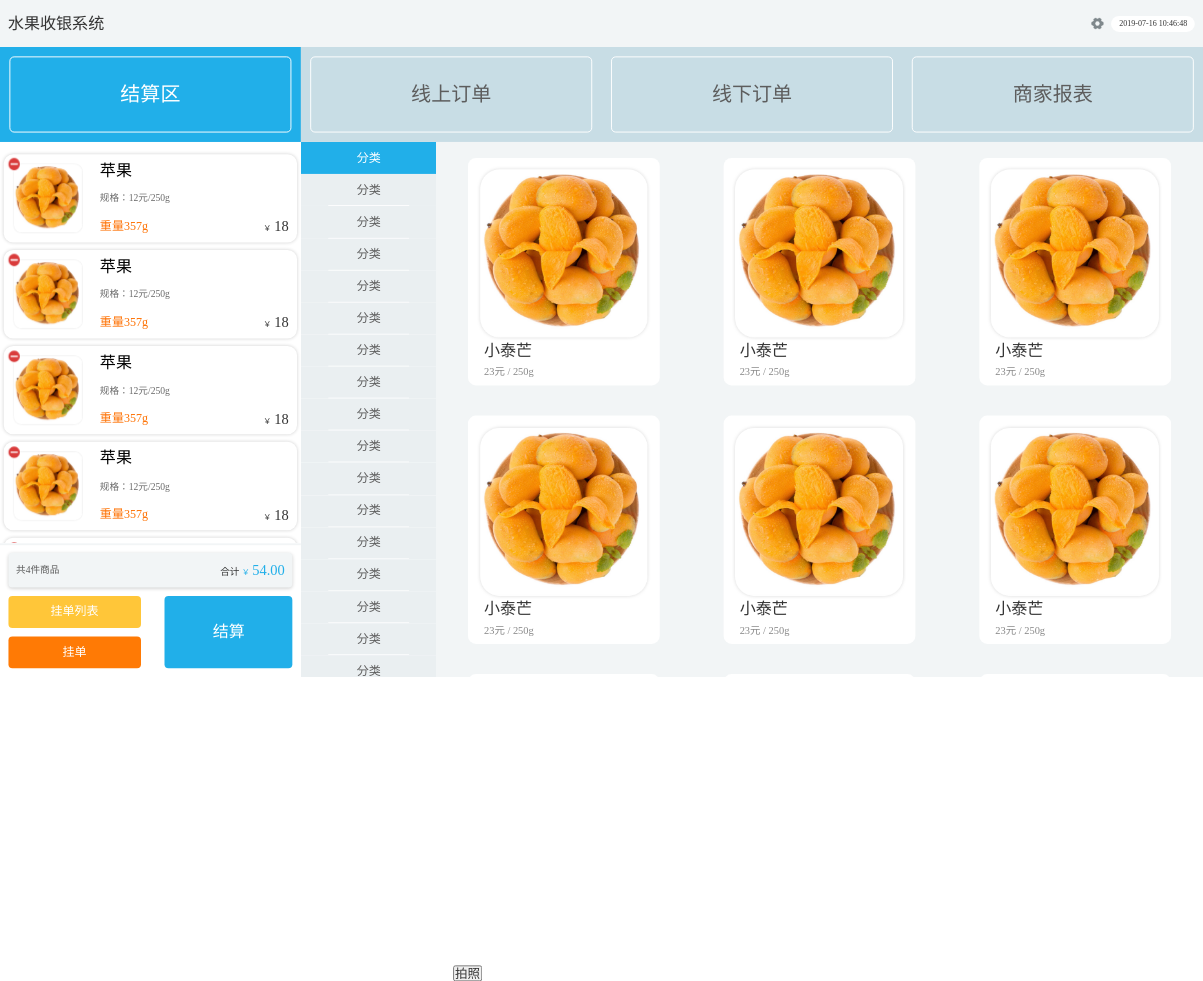
Repository: missing-star/fruit
Page: index.html
The author's editor kept a copy of each file at every save. The page is drawn from the files as they stood at one save, then again after a run of saves.
The browser window is 1280 px wide. The pictures show the whole page, at 94% of full size.
An inner scrolling area shows only its first screen.

Above is the page before, as saved 2019-07-16 10:55:52.

### index.html
<!DOCTYPE html>
<html lang="en">

<head>
    <meta charset="UTF-8">
    <meta name="viewport" content="width=device-width, initial-scale=1.0">
    <meta http-equiv="X-UA-Compatible" content="ie=edge">
    <title>水果收银系统</title>
    <link rel="stylesheet" href="./css/index.css">
</head>

<body>
    <div id="app" v-cloak>
        <header class="title-bar">
            <p class="title">水果收银系统</p>
            <div class="right-part-show">
                <img @click="showDialog(4)" src="./images/setting.png" alt="设置" class="setting-icon">
                <p class="show-current-time">{{currentTime}}</p>
            </div>
        </header>
        <ul class="category-tab">
            <li class="category-item" :class="{active:currentIndex == 0}" @click="switchTab(0)">
                <p class="category-title">结算区</p>
            </li>
            <li class="category-item" :class="{active:currentIndex == 1}" @click="switchTab(1)">
                <p class="category-title">线上订单</p>
            </li>
            <li class="category-item" :class="{active:currentIndex == 2}" @click="switchTab(2)">
                <p class="category-title">线下订单</p>
            </li>
            <li class="category-item" :class="{active:currentIndex == 3}" @click="switchTab(3)">
                <p class="category-title">商家报表</p>
            </li>
        </ul>
        <!-- 结算区 -->
        <div v-show="currentIndex == 0" class="main-content">
            <div class="operation-wrapper">
                <ul class="goods-list-wrapper">
                    <li v-for="n in 10" class="goods-item">
                        <div class="goods-pic-wrapper">
                            <span class="delete-icon pointer"></span>
                            <img src="./images/goods.png" class="goods-pic">
                        </div>
                        <div class="goods-detail">
                            <p class="goods-title">苹果</p>
                            <p class="goods-spec">规格：12元/250g</p>
                            <p class="goods-money">
                                <span class="goods-weight">重量357g</span>
                                <span class="goods-price">
                                    <i class="money-icon black">￥</i>
                                    <i class="money-number black">18</i>
                                </span>
                            </p>
                        </div>
                    </li>
                </ul>
                <div class="calculator-scope">
                    <div class="show-total-money">
                        <p class="total-title">共4件商品</p>
                        <p class="total-money">
                            <span class="money-title">合计</span>
                            <span class="show-money">
                                <i class="money-icon blue">￥</i>
                                <i class="money-number blue">54.00</i>
                            </span>
                        </p>
                    </div>
                    <div class="operation-group">
                        <div class="left-part">
                            <button @click="showDialog(0)" class="order-list pointer">挂单列表</button>
                            <button class="go-order pointer">挂单</button>
                        </div>
                        <button @click="showDialog(1)" class="right-part pointer">
                            结算
                        </button>
                    </div>
                </div>
            </div>
            <div class="goods-choice-wrapper">
                <ul class="goods-category-wrapper">
                    <li @click="switchSubTab(n-1)" :class="{active:subCurrentIndex == n-1}" v-for="n in 20"
                        class="goods-category-item pointer">
                        分类
                    </li>
                </ul>
                <ul class="goods-choice-list">
                    <li v-for="n in 20" class="goods-choice-item">
                        <img src="./images/goods.png" class="goods-show-pic">
                        <p class="goods-desc">
                            <span class="goods-name">小泰芒</span>
                            <span class="price-weight">23元 / 250g</span>
                        </p>
                    </li>
                </ul>
            </div>
        </div>
        <!-- 线上订单 -->
        <div v-show="currentIndex == 1" class="main-content">
            <div class="operation-wrapper">
                <ul class="tab-wrapper">
                    <li @click="switchOnlineTab(0)" :class="{active:onlineCurrentIndex == 0}" class="tab-item pointer">
                        未接单</li>
                    <li @click="switchOnlineTab(1)" :class="{active:onlineCurrentIndex == 1}" class="tab-item pointer">
                        已接单</li>
                </ul>
                <div class="order-list-wrapper">
                    <ul v-show="onlineCurrentIndex == 0" class="accept-wrapper">
                        <li @click="getOrderDetail(0,n)" v-for="n in 20" class="order-item pointer"
                            :class="{active:currentOrder == n && onlineCurrentIndex == 0}">
                            <img src="./images/goods.png" class="order-goods-pic">
                            <div class="order-detail">
                                <p class="order-number">单号：12365425</p>
                                <p class="order-date">2019-05-22 12:22:22</p>
                            </div>
                            <button class="post-way self">自取</button>
                        </li>
                    </ul>
                    <ul v-show="onlineCurrentIndex == 1" class="accept-wrapper">
                        <li @click="getOrderDetail(1,n)" v-for="n in 20" class="order-item pointer"
                            :class="{active:currentOrder == n && onlineCurrentIndex == 1}">
                            <img src="./images/goods.png" class="order-goods-pic">
                            <div class="order-detail">
                                <p class="order-number">单号：12365425</p>
                                <p class="order-date">2019-05-22 12:22:22</p>
                            </div>
                            <button class="post-way post">自取</button>
                        </li>
                    </ul>
                </div>
            </div>
            <div class="order-detail-wrapper">
                <!-- 倒三角 -->
                <div class="triangle"></div>
                <div class="user-info">
                    <div class="user-address info-part">
                        <img src="./images/location.png" class="location">
                        <div class="address-detail">
                            <p class="address">江苏省南京市江宁区泥塘小区2栋1306室</p>
                            <p class="user-detail">张三 13526987415</p>
                        </div>
                    </div>
                    <div class="user-comment info-part">
                        <p class="comment-title">备注</p>
                        <p class="user-detail">多放水果</p>
                    </div>
                </div>
                <ul class="order-detail-goods-list-wrapper">
                    <li v-for="n in 30" class="order-detail-goods-item">
                        <img src="./images/goods.png" class="order-detail-goods-pic">
                        <div class="order-detail-goods-detail">
                            <p class="title">小泰芒500g</p>
                            <p class="number-money">
                                <span class="goods-num">× 1</span>
                                <span class="goods-price">
                                    <i class="money-icon black">￥</i>
                                    <i class="money-number black">18</i>
                                </span>
                            </p>
                        </div>
                    </li>
                </ul>
                <div class="ticket-print-wrapper">
                    <div class="is-in-shop">
                        <div class="checkbox-wrapper">
                            <div class="checkbox-inner"></div>
                        </div>
                        <span class="check-titl">到店自取</span>
                    </div>
                    <div class="right-calculator">
                        <p class="calculator-title">合计</p>
                        <span class="goods-price">
                            <i class="money-icon blue">￥</i>
                            <i class="money-number blue">18</i>
                        </span>
                        <button class="print-action pointer" @click="printTick">打印小票</button>
                    </div>
                </div>
            </div>
        </div>
        <!-- 线下订单 -->
        <div v-show="currentIndex == 2" class="main-content">
            <div class="operation-wrapper">
                <ul class="tab-wrapper">
                    <li @click="switchOfflineTab(0)" :class="{active:offlineCurrentIndex == 0}" class="tab-item pointer">
                        未支付</li>
                    <li @click="switchOfflineTab(1)" :class="{active:offlineCurrentIndex == 1}" class="tab-item pointer">
                        已支付</li>
                </ul>
                <div class="order-list-wrapper">
                    <ul v-show="offlineCurrentIndex == 0" class="accept-wrapper">
                        <li @click="getOrderDetailOffline(0,n)" v-for="n in 20" class="order-item pointer"
                            :class="{active:currentOrderOffline == n && offlineCurrentIndex == 0}">
                            <img src="./images/goods.png" class="order-goods-pic">
                            <div class="order-detail">
                                <p class="order-number">单号：12365425</p>
                                <p class="order-date">2019-05-22 12:22:22</p>
                            </div>
                            <button class="post-way self">自取</button>
                        </li>
                    </ul>
                    <ul v-show="offlineCurrentIndex == 1" class="accept-wrapper">
                        <li @click="getOrderDetailOffline(1,n)" v-for="n in 20" class="order-item pointer"
                            :class="{active:currentOrderOffline == n && offlineCurrentIndex == 1}">
                            <img src="./images/goods.png" class="order-goods-pic">
                            <div class="order-detail">
                                <p class="order-number">单号：12365425</p>
                                <p class="order-date">2019-05-22 12:22:22</p>
                            </div>
                            <button class="post-way post">自取</button>
                        </li>
                    </ul>
                </div>
            </div>
            <div class="order-detail-wrapper">
                <!-- 倒三角 -->
                <div class="triangle"></div>
                <ul class="order-detail-goods-list-wrapper offline">
                    <li v-for="n in 30" class="order-detail-goods-item">
                        <img src="./images/goods.png" class="order-detail-goods-pic">
                        <div class="order-detail-goods-detail">
                            <p class="title">小泰芒500g</p>
                            <p class="number-money">
                                <span class="goods-num">× 1</span>
                                <span class="goods-price">
                                    <i class="money-icon black">￥</i>
                                    <i class="money-number black">18</i>
                                </span>
                            </p>
                        </div>
                    </li>
                </ul>
                <div class="ticket-print-wrapper offline">
                    <div class="right-calculator">
                        <p class="calculator-title">实付</p>
                        <span class="goods-price">
                            <i class="money-icon blue">￥</i>
                            <i class="money-number blue">18</i>
                        </span>
                        <button @click="showDialog(2)" class="print-action pointer">查看付款码</button>
                    </div>
                </div>
            </div>
        </div>
        <div v-show="currentIndex == 3" class="main-content">

        </div>
        <!-- dialog -->
        <div class="dialog-wrapper" :class="{active:isShowDialog}">
            <div class="dialog-mask"></div>
            <div class="dialog-main-content" :class="{active:isShowDialog,medium:dialogIndex == 3 || dialogIndex == 4}">
                <div class="dialog-title-wrapper">
                    <p class="dialog-title">{{dialogTitle}}</p>
                    <button @click="closeDialog" class="dialog-close pointer">×</button>
                </div>
                <!-- 挂单 -->
                <div v-show="dialogIndex == 0" class="order-list-wrapper dialog">
                    <div class="order-list-left">
                        <p class="order-list-title">挂单列表</p>
                        <ul class="order-list">
                            <li @click="getOrderDetailDialog(n)" v-for="n in 20" class="order-item dialog pointer"
                                :class="{active:currentOrderDialog == n}">
                                <p class="order-number dialog">单号：12365425</p>
                                <p class="order-time dialog">2019-05-13 12:22:22</p>
                            </li>
                        </ul>
                    </div>
                    <div class="order-list-right">
                        <!-- 倒三角 -->
                        <div class="triangle deep"></div>
                        <ul class="order-detail-goods-list-wrapper dialog">
                            <li v-for="n in 30" class="order-detail-goods-item dialog">
                                <img src="./images/goods.png" class="order-detail-goods-pic">
                                <div class="order-detail-goods-detail">
                                    <p class="title">小泰芒500g</p>
                                    <div class="number-money">
                                        <span class="goods-total-weight">重量：1kg</span>
                                        <p class="price-and-weight">
                                            <span class="single-price">
                                                ¥ 13/500g
                                            </span>
                                            <span class="goods-price">
                                                <i class="money-icon black">￥</i>
                                                <i class="money-number black">18</i>
                                            </span>
                                        </p>
                                    </div>
                                </div>
                            </li>
                        </ul>
                        <div class="order-operation">
                            <button class="delete-order pointer nowrap">删除</button>
                            <button @click="showDialog(1)" class="next pointer nowrap">继续</button>
                        </div>
                    </div>
                </div>
                <!-- 结算 -->
                <div v-show="dialogIndex == 1" class="order-list-wrapper dialog">
                    <div class="order-list-left calculator">
                        <div class="order-total-money-wrapper">
                            <p class="total-money-title">订单总额</p>
                            <div class="total-money">30.00</div>
                        </div>
                        <div class="order-info-wrapper">
                            <p class="order-info title">基本信息</p>
                            <div class="order-info wrapper">
                                <p class="order-info number">订单号：123654</p>
                                <p class="order-info deal-pay">处理方式：线下订单</p>
                            </div>
                        </div>
                        <button @click="showDialog(2)" class="go-cash pointer">结算</button>
                    </div>
                    <div class="order-list-right calculator">
                        <ul class="order-detail-goods-list-wrapper dialog">
                            <li v-for="n in 30" class="order-detail-goods-item dialog">
                                <img src="./images/goods.png" class="order-detail-goods-pic">
                                <div class="order-detail-goods-detail">
                                    <p class="title">小泰芒500g</p>
                                    <div class="number-money">
                                        <span class="goods-total-weight">重量：1kg</span>
                                        <p class="price-and-weight">
                                            <span class="single-price">
                                                ¥ 13/500g
                                            </span>
                                            <span class="goods-price">
                                                <i class="money-icon black">￥</i>
                                                <i class="money-number black">18</i>
                                            </span>
                                        </p>
                                    </div>
                                </div>
                            </li>
                        </ul>
                    </div>
                </div>
                <!-- 扫码 -->
                <div v-show="dialogIndex == 2" class="order-list-wrapper dialog column">
                    <div class="qrcode-wrapper">
                        <div class="qrcode-wrapper-item">
                            <div class="qrcode-show-wrapper">
                                <div class="corner left top"></div>
                                <div class="corner left bottom"></div>
                                <div class="corner right top"></div>
                                <div class="corner right bottom"></div>
                            </div>
                            <div class="scan-tips">
                                <img src="./images/wechat.png" class="scan-icon">
                                <p class="scan-tips-title">微信扫一扫</p>
                            </div>
                        </div>
                        <div class="qrcode-wrapper-item">
                            <div class="qrcode-show-wrapper">
                                <div class="corner left top"></div>
                                <div class="corner left bottom"></div>
                                <div class="corner right top"></div>
                                <div class="corner right bottom"></div>
                            </div>
                            <div class="scan-tips">
                                <img src="./images/alipay.png" class="scan-icon">
                                <p class="scan-tips-title">支付宝扫一扫</p>
                            </div>
                        </div>
                    </div>
                    <div class="total-money-wrapper">
                        <button class="total-money dialog">
                            <span class="money">￥26.00</span>
                            <span class="money-tips">总额</span>
                        </button>
                        <p class="show-order-number">订单号：123654</p>
                    </div>
                </div>
                <!-- 非水果商品 -->
                <div v-show="dialogIndex == 3" class="order-list-wrapper dialog column white">
                    <div class="input-wrapper">
                        <div class="input-item">
                            <label class="input-title">单价：</label>
                            <input type="number" class="input-content">
                        </div>
                        <div class="input-item">
                            <label class="input-title">数量：</label>
                            <input type="text" class="input-content">
                        </div>
                    </div>
                    <button class="confirm">确定</button>
                </div>
                <!-- 设置 -->
                <div v-show="dialogIndex == 4" class="order-list-wrapper dialog column white">
                    <div class="open-fruit-distinguish-wrapper">
                        <p class="distinguish-title">是否开启水果识别</p>
                        <div @click="toggleOpen" class="switch-wrapper pointer" :class="{active:isOpen}">
                            <div class="switch-dot" :class="{active:isOpen}"></div>
                        </div>
                    </div>
                    <button class="save-open pointer">保存</button>
                </div>
            </div>
        </div>
        <!-- video-player -->
        <video ref="videoPlayer" width="480" height="320"></video>
        <button class="take-photo" @click="takePhoto">拍照</button>
    </div>
    <script src="https://cdn.bootcss.com/vue/2.6.10/vue.js"></script>
    <script src="./js/qs.min.js"></script>
    <script src="./js/axios.min.js"></script>
    <script src="./js/index.js"></script>
</body>

</html>

Loaded but not shown: js/qs.min.js (library); js/axios.min.js (library); js/index.js (244 lines, source omitted); css/index.css (1096 lines, source omitted)

After the next 2 saves:
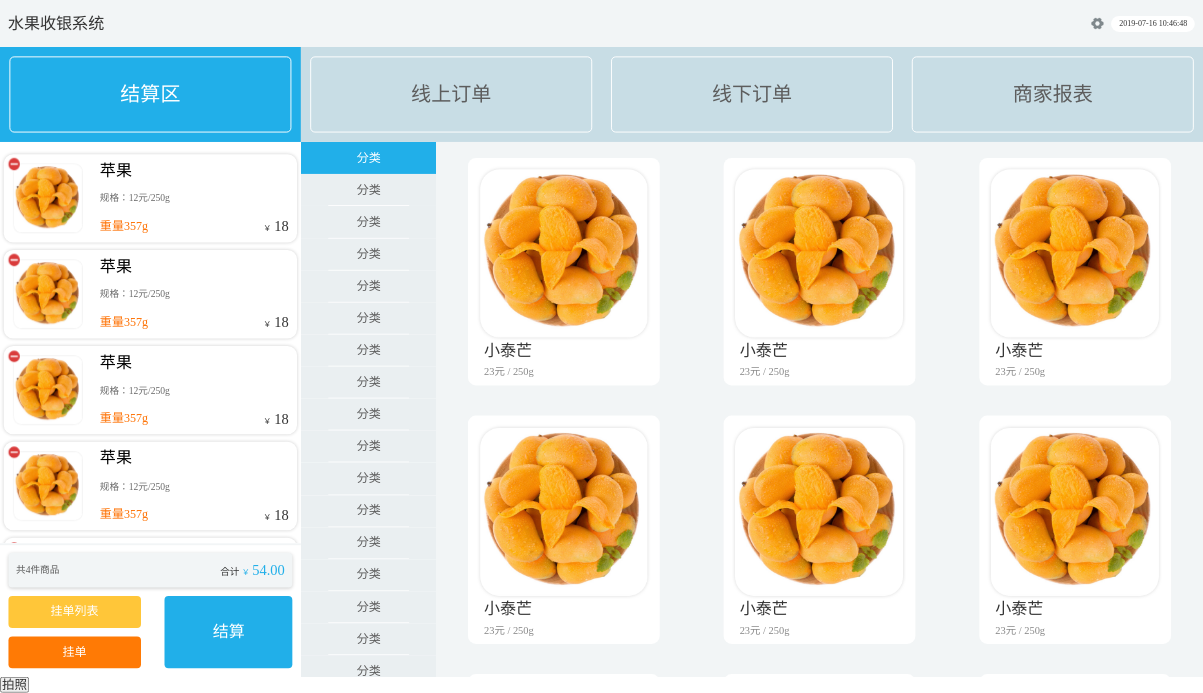
The 2 saves are shown as one change because they came seconds apart.
The last was saved 39 s later.
--- a/index.html
+++ b/index.html
@@ -395,7 +395,7 @@
             </div>
         </div>
         <!-- video-player -->
-        <video ref="videoPlayer" width="480" height="320"></video>
+        <video ref="videoPlayer" width="480" height="320" style="display: none;"></video>
         <button class="take-photo" @click="takePhoto">拍照</button>
     </div>
     <script src="https://cdn.bootcss.com/vue/2.6.10/vue.js"></script>
